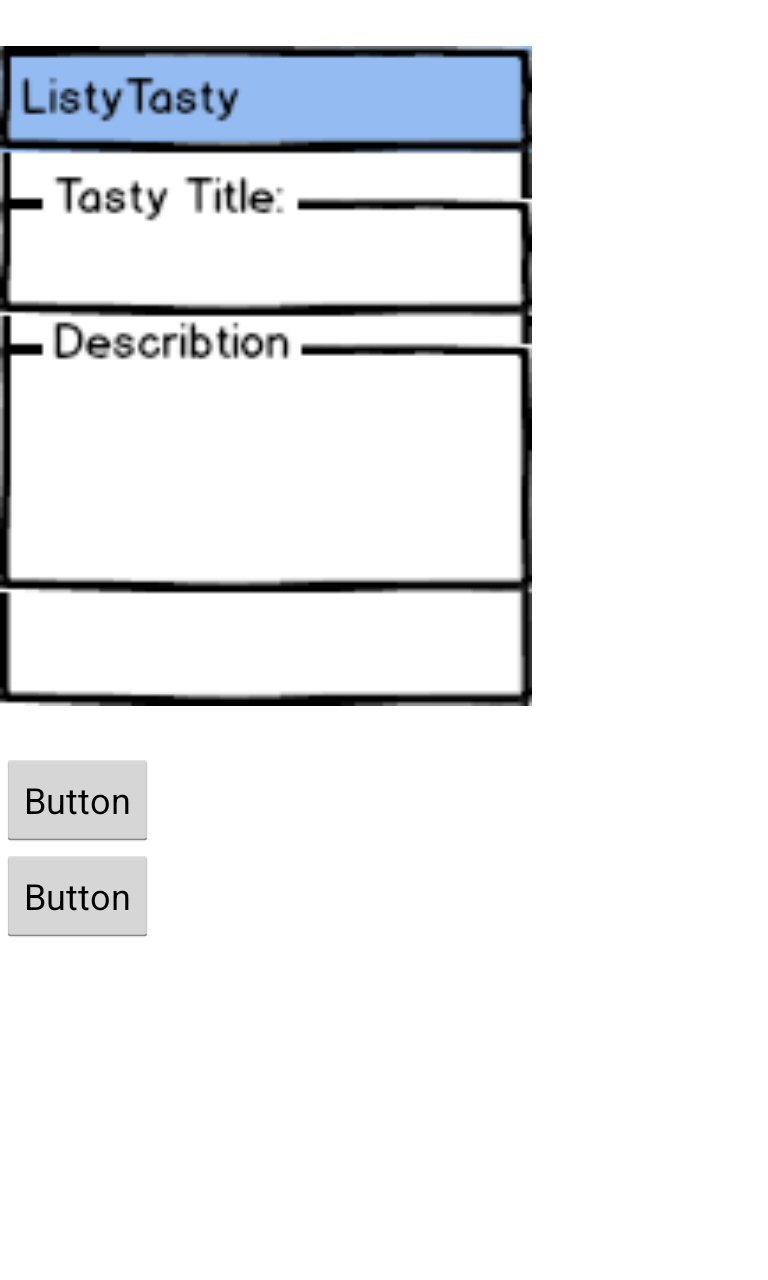
Repository: yj354/alwaysonworkspace
Layout: ListyTasky001/res/layout/activity_2_0.xml
These files come from the project's save history. The layout is drawn as it stood at one moment and after the next save; the edit follows.
It is drawn on a 768 x 1280 px phone screen (xhdpi) without system bars, with theme AppTheme; the app's code is not run.

Above is the layout before, as saved 2014-02-23 15:11:43.

After the next save:
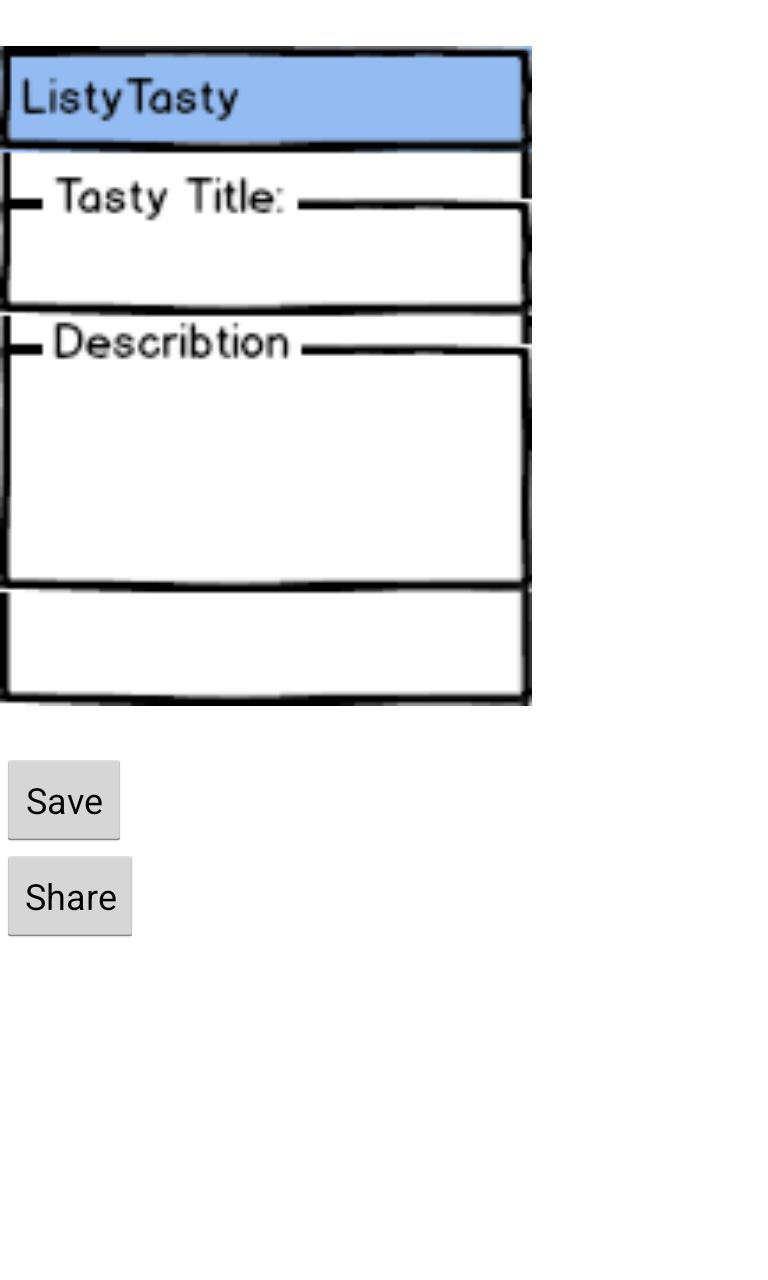
Saved 61 s later.
--- a/ListyTasky001/res/layout/activity_2_0.xml
+++ b/ListyTasky001/res/layout/activity_2_0.xml
@@ -14,12 +14,12 @@
         android:id="@+id/button2.0"
         android:layout_width="wrap_content"
         android:layout_height="wrap_content"
-        android:text="Button" />
+        android:text="Save" />
 
     <Button
         android:id="@+id/button2.1"
         android:layout_width="wrap_content"
         android:layout_height="wrap_content"
-        android:text="Button" />
+        android:text="Share" />
 
 </LinearLayout>
